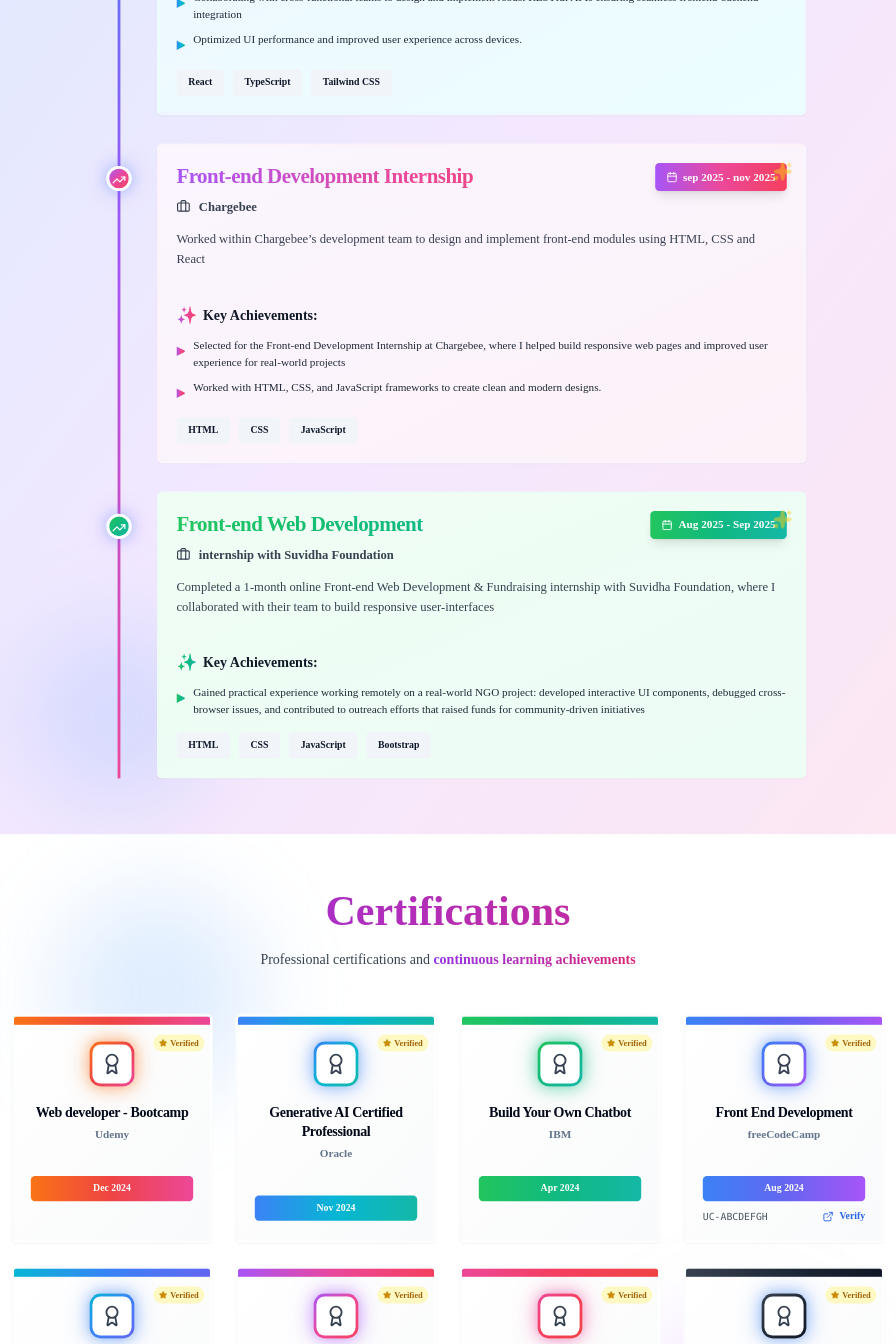
Repository: sm6746/PORTFOLIO
Page: /
These files come from the project's save history. The page is drawn as it stood at one moment and after the next save; the edit follows.
The browser window is 1280 px wide. The pictures show the part of the page from y = 4580 to 6500 px (the page is 8152 px tall before and 8148 px after), at 70% of full size.
The project was rebuilt for these pictures with package versions that can differ from the ones it lists, and the page was loaded fresh each time. Also part of the build but not shown: vite.config.ts.

Above is the page before, as saved 2025-11-07 15:38:11.

### index.html
<!DOCTYPE html>
<html lang="en">
  <head>
    <meta charset="UTF-8" />
    <link rel="icon" type="image/svg+xml" href="/favicon.svg" />
    <meta name="viewport" content="width=device-width, initial-scale=1.0" />
    <title>Portfolio</title>
  </head>
  <body>
    <div id="root"></div>
    <script type="module" src="/app/main.tsx"></script>
  </body>
</html>

### app/main.tsx
import React from 'react'
import ReactDOM from 'react-dom/client'
import App from './app'
import './globals.css'

ReactDOM.createRoot(document.getElementById('root')!).render(
  <React.StrictMode>
    <App />
  </React.StrictMode>,
)

### app/app.tsx
import { ThemeProvider } from '@/lib/theme-context';
import { Header } from '@/components/header';
import { HeroSection } from '@/components/hero-section';
import { AboutSection } from '@/components/about-section';
import { SkillsSection } from '@/components/skills-section';
import { ProjectsSection } from '@/components/projects-section';
import { ExperienceSection } from '@/components/experience-section';
import { CertificationsSection } from '@/components/certifications-section';
import { ContactSection } from '@/components/contact-section';
import { Footer } from '@/components/footer';
import { ScrollToTop } from '@/components/scroll-to-top';

function App() {
  return (
    <ThemeProvider>
      <div className="min-h-screen bg-white dark:bg-gray-900 transition-colors duration-300">
        <Header />
        <main>
          <HeroSection />
          <AboutSection />
          <SkillsSection />
          <ProjectsSection />
          <ExperienceSection />
          <CertificationsSection />
          <ContactSection />
        </main>
        <Footer />
        <ScrollToTop />
      </div>
    </ThemeProvider>
  );
}

export default App;

### lib/theme-context.tsx
import React, { createContext, useContext, useEffect, useState } from 'react';

type Theme = 'light' | 'dark';

type ThemeContextType = {
  theme: Theme;
  toggleTheme: () => void;
};

const ThemeContext = createContext<ThemeContextType | undefined>(undefined);

export function ThemeProvider({ children }: { children: React.ReactNode }) {
  const [theme, setTheme] = useState<Theme>(() => {
    const stored = localStorage.getItem('portfolio-theme');
    return (stored as Theme) || 'light';
  });

  useEffect(() => {
    localStorage.setItem('portfolio-theme', theme);
    document.documentElement.classList.toggle('dark', theme === 'dark');
  }, [theme]);

  const toggleTheme = () => {
    setTheme(prev => (prev === 'light' ? 'dark' : 'light'));
  };

  return (
    <ThemeContext.Provider value={{ theme, toggleTheme }}>
      {children}
    </ThemeContext.Provider>
  );
}

export function useTheme() {
  const context = useContext(ThemeContext);
  if (!context) {
    throw new Error('useTheme must be used within ThemeProvider');
  }
  return context;
}

### components/certifications-section.tsx
import { Card, CardContent, CardHeader, CardTitle, CardDescription } from '@/components/ui/card';
import { Badge } from '@/components/ui/badge';
import { Button } from '@/components/ui/button';
import { Award, ExternalLink, Star } from 'lucide-react';
import { useScrollAnimation } from '@/hooks/use-scroll-animation';

export function CertificationsSection() {
  const { ref, isVisible } = useScrollAnimation();

  const certifications = [
    {
      title: 'Web developer - Bootcamp ',
      issuer: 'Udemy ',
      date: 'Dec 2024',
      /*credentialId: 'AWS-12345',*/
      gradient: 'from-orange-500 via-red-500 to-pink-500',
      glowClass: 'glow-orange',
    },
    {
      title: 'Generative AI Certified Professional ',
      issuer: 'Oracle',
      date: 'Nov 2024',
      /*credentialId: 'META-67890',*/
      gradient: 'from-blue-500 via-cyan-500 to-teal-500',
      glowClass: 'glow-blue',
    },
    {
      title: 'Build Your Own Chatbot',

      issuer: 'IBM',
      date: 'Apr 2024',
      /*credentialId: 'MDB-54321',*/
      gradient: 'from-green-500 via-emerald-500 to-teal-500',
      glowClass: 'glow-green',
    },
    {
      title: 'Front End Development ',
      issuer: ' freeCodeCamp',
      date: 'Aug 2024',
      credentialId: 'UC-ABCDEFGH',
      gradient: 'from-blue-500 via-indigo-500 to-purple-500',
      glowClass: 'glow-blue',
    },
    {
      title: 'Docker & Kubernetes',
      issuer: 'Linux Foundation',
      date: 'Aug 2024',
      credentialId: 'LF-98765',
      gradient: 'from-cyan-500 via-blue-500 to-indigo-500',
      glowClass: 'glow-blue',
    },
    {
      title: 'Full Stack Web Development',
      issuer: 'Coursera',
      date: 'Jul 2024',
      credentialId: 'COURSERA-123456',
      gradient: 'from-purple-500 via-pink-500 to-rose-500',
      glowClass: 'glow-purple',
    },
    {
      title: 'GraphQL Fundamentals',
      issuer: 'Apollo',
      date: 'Jun 2024',
      credentialId: 'APOLLO-11223',
      gradient: 'from-pink-500 via-rose-500 to-red-500',
      glowClass: 'glow-pink',
    },
    {
      title: 'Git & GitHub Mastery',
      issuer: 'GitHub Learning Lab',
      date: 'May 2024',
      credentialId: 'GH-44556',
      gradient: 'from-gray-700 via-gray-800 to-gray-900',
      glowClass: 'glow-blue',
    },
  ];

  return (
    <section
      id="certifications"
      ref={ref as React.RefObject<HTMLElement>}
      className="py-20 bg-white dark:bg-gray-900 relative overflow-hidden"
    >
      <div className="absolute inset-0 bg-grid-pattern opacity-5"></div>
      <div className="absolute top-20 left-20 w-72 h-72 bg-blue-400/20 rounded-full blur-3xl"></div>
      <div className="absolute bottom-20 right-20 w-72 h-72 bg-purple-400/20 rounded-full blur-3xl"></div>

      <div className="container mx-auto px-4 relative z-10">
        <div
          className={`transition-all duration-1000 ${
            isVisible ? 'opacity-100 translate-y-0' : 'opacity-0 translate-y-10'
          }`}
        >
          <h2 className="text-5xl md:text-6xl font-extrabold text-center mb-6 bg-gradient-to-r from-blue-600 via-purple-600 to-pink-600 dark:from-blue-400 dark:via-purple-400 dark:to-pink-400 bg-clip-text text-transparent animate-gradient">
            Certifications
          </h2>
          <p className="text-center text-gray-700 dark:text-gray-300 mb-16 text-xl font-medium">
            Professional certifications and <span className="text-transparent bg-clip-text bg-gradient-to-r from-purple-600 to-pink-600 font-bold">continuous learning achievements</span>
          </p>

          <div className="grid md:grid-cols-2 lg:grid-cols-4 gap-8">
            {certifications.map((cert, index) => (
              <Card
                key={index}
                className={`group hover:shadow-2xl transition-all duration-500 transform hover:-translate-y-4 hover:scale-110 border-4 border-transparent hover:border-current overflow-hidden bg-gradient-to-br from-white to-gray-50 dark:from-gray-800 dark:to-gray-900 ${
                  isVisible ? 'opacity-100 translate-y-0' : 'opacity-0 translate-y-10'
                }`}
                style={{ transitionDelay: `${index * 100}ms` }}
              >
                <div className={`h-3 bg-gradient-to-r ${cert.gradient}`}></div>
                <CardHeader className="relative">
                  <div className={`w-16 h-16 mx-auto rounded-2xl bg-gradient-to-br ${cert.gradient} p-1 mb-4 group-hover:scale-125 group-hover:rotate-12 transition-all duration-500 shadow-xl ${cert.glowClass}`}>
                    <div className="w-full h-full rounded-xl bg-white dark:bg-gray-800 flex items-center justify-center">
                      <Award className="h-8 w-8 text-gray-700 dark:text-gray-300" />
                    </div>
                  </div>
                  <div className="absolute top-2 right-2 flex items-center gap-1 bg-yellow-100 dark:bg-yellow-900/50 px-2 py-1 rounded-full">
                    <Star className="h-3 w-3 text-yellow-600 fill-yellow-600" />
                    <span className="text-xs font-bold text-yellow-700 dark:text-yellow-400">Verified</span>
                  </div>
                  <CardTitle className={`text-xl font-bold text-center group-hover:bg-gradient-to-r ${cert.gradient} group-hover:bg-clip-text group-hover:text-transparent transition-all duration-300`}>
                    {cert.title}
                  </CardTitle>
                  <CardDescription className="text-center font-semibold text-base">{cert.issuer}</CardDescription>
                </CardHeader>
                <CardContent className="p-6">
                  <div className="space-y-3">
                    <Badge variant="outline" className={`w-full justify-center text-sm font-bold py-2 border-3 bg-gradient-to-r ${cert.gradient} text-white`}>
                      {cert.date}
                    </Badge>
                    {cert.credentialId && (
                      <div className="flex items-center justify-between gap-2">
                        <span className="text-sm font-mono text-gray-600 dark:text-gray-300">{cert.credentialId}</span>
                        <button
                          onClick={() => window.open('#', '_blank')}
                          className="inline-flex items-center gap-2 text-sm font-semibold text-blue-600 dark:text-blue-400"
                          aria-label="View credential"
                        >
                          <ExternalLink className="h-4 w-4" />
                          Verify
                        </button>
                      </div>
                    )}
                  </div>
                </CardContent>
              </Card>
            ))}
          </div>
        </div>
      </div>
    </section>
  );
}

### components/footer.tsx
import { Github, Linkedin, Mail } from 'lucide-react';
import { Button } from '@/components/ui/button';

export function Footer() {
  return (
    <footer className="py-12 bg-gray-900 text-white">
      <div className="container mx-auto px-4">
        <div className="flex flex-col items-center gap-6">
          <div className="text-3xl font-bold bg-gradient-to-r from-blue-400 to-purple-400 bg-clip-text text-transparent">
            SHIVANI MEHRA
          </div>
          <p className="text-gray-400 text-center max-w-md">
            Building the future, one line of code at a time. Let's create something amazing together.
          </p>
          <div className="flex gap-4">
            <Button
              variant="ghost"
              size="icon"
              className="rounded-full hover:bg-blue-600/20 text-gray-300 hover:text-white transition-all"
            >
              <a
              href="https://github.com/sm6746"
              target="_blank"
              rel="noopener noreferrer"
            >
              <Github className="h-5 w-5" />
              </a>
            </Button>
            <Button
              variant="ghost"
              size="icon"
              className="rounded-full hover:bg-blue-600/20 text-gray-300 hover:text-white transition-all"
            >
              <a
              href="https://www.linkedin.com/in/shivani-mehra-/"
              target="_blank"
              rel="noopener noreferrer"
            >
              <Linkedin className="h-7 w-7" />
              </a>
            </Button>
            <Button
              variant="ghost"
              size="icon"
              className="rounded-full hover:bg-blue-600/20 text-gray-300 hover:text-white transition-all"
            >
              <a
              href="https://mail.google.com/mail/?view=cm&fs=1&to=shivanimehra22may@gmail.com"
              target="_blank"
              rel="noopener noreferrer"
            >
               <Mail className="h-5 w-5" />
              </a>

            </Button>
          </div>
          <div className="border-t border-gray-800 pt-6 w-full text-center">
            <p className="text-gray-500 text-sm">

            </p>
          </div>
        </div>
      </div>
    </footer>
  );
}

### components/scroll-to-top.tsx
import { Button } from '@/components/ui/button';
import { ArrowUp } from 'lucide-react';
import { useEffect, useState } from 'react';

export function ScrollToTop() {
  const [isVisible, setIsVisible] = useState(false);

  useEffect(() => {
    const toggleVisibility = () => {
      setIsVisible(window.scrollY > 500);
    };

    window.addEventListener('scroll', toggleVisibility);
    return () => window.removeEventListener('scroll', toggleVisibility);
  }, []);

  const scrollToTop = () => {
    window.scrollTo({ top: 0, behavior: 'smooth' });
  };

  if (!isVisible) return null;

  return (
    <Button
      onClick={scrollToTop}
      size="icon"
      className="fixed bottom-8 right-8 z-50 rounded-full shadow-lg bg-gradient-to-r from-blue-600 to-purple-600 hover:from-blue-700 hover:to-purple-700 animate-bounce"
    >
      <ArrowUp className="h-5 w-5" />
    </Button>
  );
}

### components/ui/button.tsx
import * as React from "react"
import { Slot } from "@radix-ui/react-slot"
import { cva, type VariantProps } from "class-variance-authority"

import { cn } from "@/lib/utlis"

const buttonVariants = cva(
  "inline-flex items-center justify-center gap-2 whitespace-nowrap rounded-md text-sm font-medium transition-colors focus-visible:outline-none focus-visible:ring-1 focus-visible:ring-ring disabled:pointer-events-none disabled:opacity-50 [&_svg]:pointer-events-none [&_svg]:size-4 [&_svg]:shrink-0",
  {
    variants: {
      variant: {
        default:
          "bg-primary text-primary-foreground shadow hover:bg-primary/90",
        destructive:
          "bg-destructive text-destructive-foreground shadow-sm hover:bg-destructive/90",
        outline:
          "border border-input bg-background shadow-sm hover:bg-accent hover:text-accent-foreground",
        secondary:
          "bg-secondary text-secondary-foreground shadow-sm hover:bg-secondary/80",
        ghost: "hover:bg-accent hover:text-accent-foreground",
        link: "text-primary underline-offset-4 hover:underline",
      },
      size: {
        default: "h-9 px-4 py-2",
        sm: "h-8 rounded-md px-3 text-xs",
        lg: "h-10 rounded-md px-8",
        icon: "h-9 w-9",
      },
    },
    defaultVariants: {
      variant: "default",
      size: "default",
    },
  }
)

export interface ButtonProps
  extends React.ButtonHTMLAttributes<HTMLButtonElement>,
    VariantProps<typeof buttonVariants> {
  asChild?: boolean
}

const Button = React.forwardRef<HTMLButtonElement, ButtonProps>(
  ({ className, variant, size, asChild = false, ...props }, ref) => {
    const Comp = asChild ? Slot : "button"
    return (
      <Comp
        className={cn(buttonVariants({ variant, size, className }))}
        ref={ref}
        {...props}
      />
    )
  }
)
Button.displayName = "Button"

export { Button, buttonVariants }

### hooks/use-scroll-animation.ts
import { useEffect, useRef, useState } from 'react';

export function useScrollAnimation() {
  const ref = useRef<HTMLElement>(null);
  const [isVisible, setIsVisible] = useState(false);

  useEffect(() => {
    const observer = new IntersectionObserver(
      ([entry]) => {
        if (entry.isIntersecting) {
          setIsVisible(true);
        }
      },
      { threshold: 0.1 }
    );

    if (ref.current) {
      observer.observe(ref.current);
    }

    return () => {
      if (ref.current) {
        observer.unobserve(ref.current);
      }
    };
  }, []);

  return { ref, isVisible };
}

### components/ui/card.tsx
import * as React from "react"

import { cn } from "@/lib/utlis"

const Card = React.forwardRef<
  HTMLDivElement,
  React.HTMLAttributes<HTMLDivElement>
>(({ className, ...props }, ref) => (
  <div
    ref={ref}
    className={cn(
      "rounded-lg border bg-card text-card-foreground shadow-sm",
      className,
    )}
    {...props}
  />
))
Card.displayName = "Card"

const CardHeader = React.forwardRef<
  HTMLDivElement,
  React.HTMLAttributes<HTMLDivElement>
>(({ className, ...props }, ref) => (
  <div
    ref={ref}
    className={cn("flex flex-col space-y-1.5 p-6", className)}
    {...props}
  />
))
CardHeader.displayName = "CardHeader"

const CardTitle = React.forwardRef<
  HTMLParagraphElement,
  React.HTMLAttributes<HTMLHeadingElement>
>(({ className, ...props }, ref) => (
  <h3
    ref={ref}
    className={cn(
      "text-2xl font-semibold leading-none tracking-tight",
      className,
    )}
    {...props}
  />
))
CardTitle.displayName = "CardTitle"

const CardDescription = React.forwardRef<
  HTMLParagraphElement,
  React.HTMLAttributes<HTMLParagraphElement>
>(({ className, ...props }, ref) => (
  <p
    ref={ref}
    className={cn("text-sm text-muted-foreground", className)}
    {...props}
  />
))
CardDescription.displayName = "CardDescription"

const CardContent = React.forwardRef<
  HTMLDivElement,
  React.HTMLAttributes<HTMLDivElement>
>(({ className, ...props }, ref) => (
  <div ref={ref} className={cn("p-6 pt-0", className)} {...props} />
))
CardContent.displayName = "CardContent"

const CardFooter = React.forwardRef<
  HTMLDivElement,
  React.HTMLAttributes<HTMLDivElement>
>(({ className, ...props }, ref) => (
  <div
    ref={ref}
    className={cn("flex items-center p-6 pt-0", className)}
    {...props}
  />
))
CardFooter.displayName = "CardFooter"

export { Card, CardHeader, CardFooter, CardTitle, CardDescription, CardContent }

### components/ui/badge.tsx
import * as React from "react"
import { cva, type VariantProps } from "class-variance-authority"

import { cn } from "@/lib/utlis"

const badgeVariants = cva(
  "inline-flex items-center rounded-md border px-2.5 py-0.5 text-xs font-semibold transition-colors focus:outline-none focus:ring-2 focus:ring-ring focus:ring-offset-2",
  {
    variants: {
      variant: {
        default:
          "border-transparent bg-primary text-primary-foreground shadow hover:bg-primary/80",
        secondary:
          "border-transparent bg-secondary text-secondary-foreground hover:bg-secondary/80",
        destructive:
          "border-transparent bg-destructive text-destructive-foreground shadow hover:bg-destructive/80",
        outline: "text-foreground",
      },
    },
    defaultVariants: {
      variant: "default",
    },
  }
)

export interface BadgeProps
  extends React.HTMLAttributes<HTMLDivElement>,
    VariantProps<typeof badgeVariants> {}

function Badge({ className, variant, ...props }: BadgeProps) {
  return (
    <div className={cn(badgeVariants({ variant }), className)} {...props} />
  )
}

export { Badge, badgeVariants }

### components/ui/input.tsx
import * as React from "react"

import { cn } from "@/lib/utlis"

const Input = React.forwardRef<HTMLInputElement, React.ComponentProps<"input">>(
  ({ className, type, ...props }, ref) => {
    return (
      <input
        type={type}
        className={cn(
          "flex h-9 w-full rounded-md border border-input bg-transparent px-3 py-1 text-base shadow-sm transition-colors file:border-0 file:bg-transparent file:text-sm file:font-medium file:text-foreground placeholder:text-muted-foreground focus-visible:outline-none focus-visible:ring-1 focus-visible:ring-ring disabled:cursor-not-allowed disabled:opacity-50 md:text-sm",
          className
        )}
        ref={ref}
        {...props}
      />
    )
  }
)
Input.displayName = "Input"

export { Input }

### components/ui/textarea.tsx
import * as React from "react"

import { cn } from "@/lib/utlis"

const Textarea = React.forwardRef<
  HTMLTextAreaElement,
  React.ComponentProps<"textarea">
>(({ className, ...props }, ref) => {
  return (
    <textarea
      className={cn(
        "flex min-h-[60px] w-full rounded-md border border-input bg-transparent px-3 py-2 text-base shadow-sm placeholder:text-muted-foreground focus-visible:outline-none focus-visible:ring-1 focus-visible:ring-ring disabled:cursor-not-allowed disabled:opacity-50 md:text-sm",
        className
      )}
      ref={ref}
      {...props}
    />
  )
})
Textarea.displayName = "Textarea"

export { Textarea }

Loaded but not shown: lib/utlis.tsx (common file); tailwind.config.js (62 lines, source omitted); components/projects-section.tsx (180 lines, source omitted); components/contact-section.tsx (144 lines, source omitted); components/experience-section.tsx (141 lines, source omitted); components/hero-section.tsx (124 lines, source omitted); components/about-section.tsx (79 lines, source omitted); components/skills-section.tsx (112 lines, source omitted); components/header.tsx (82 lines, source omitted); app/globals.css (115 lines, source omitted)

After the next save:
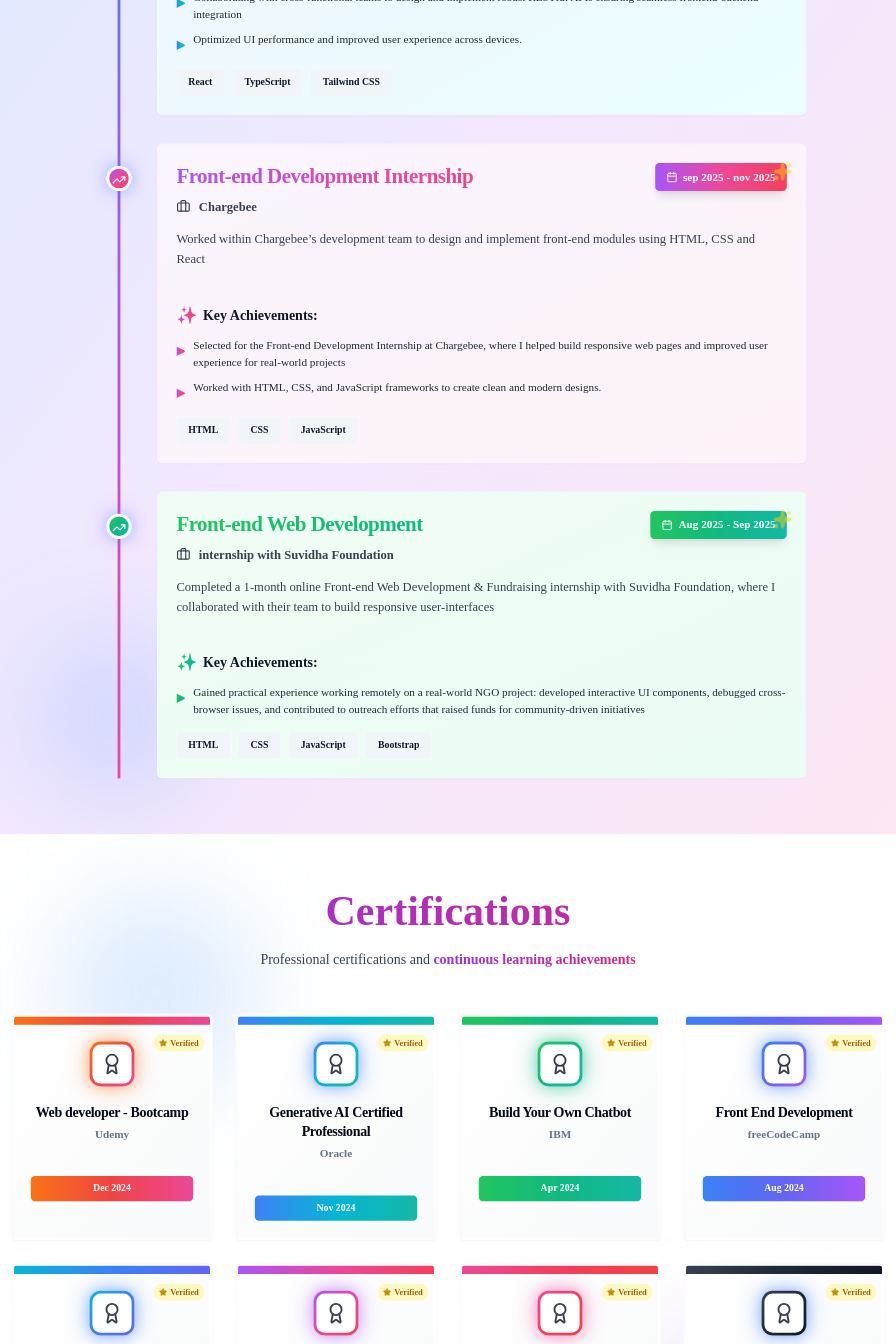
Saved 12 s later.
--- a/components/certifications-section.tsx
+++ b/components/certifications-section.tsx
@@ -37,7 +37,7 @@ export function CertificationsSection() {
       title: 'Front End Development ',
       issuer: ' freeCodeCamp',
       date: 'Aug 2024',
-      credentialId: 'UC-ABCDEFGH',
+      /*credentialId: 'UC-ABCDEFGH', */
       gradient: 'from-blue-500 via-indigo-500 to-purple-500',
       glowClass: 'glow-blue',
     },
